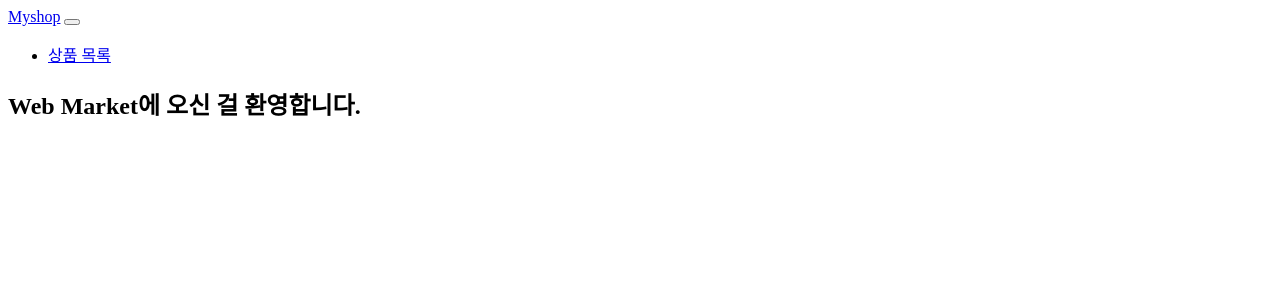
Repository: Yunkieun/jspworks
Page: http://localhost/Market/
The author's editor kept a copy of each file at every save. The page is drawn from the files as they stood at one save, then again after the next save.
The browser window is 1280 px wide. The pictures show the whole page.
The page is served by Tomcat 9. Nobody is signed in. The application's start-up code is not run. Other server files are loaded and not shown.

Above is the page before, as saved 2023-07-19 08:43:44.

### Market/src/main/webapp/index.jsp
<%@ page language="java" contentType="text/html; charset=UTF-8"
    pageEncoding="UTF-8"%>
<!DOCTYPE html>
<html>
<head>
<meta charset="UTF-8">
<title>Welcome~</title>
</head>
<body>
	<jsp:include page="header.jsp"></jsp:include>
	<h2>Web Market에 오신 걸 환영합니다.</h2>
</body>
</html>

### Market/src/main/webapp/header.jsp
<%@ page language="java" contentType="text/html; charset=UTF-8"
    pageEncoding="UTF-8"%>
<nav class="navbar navbar-expand-lg navbar-light bg-light">
  <div class="container-fluid">
    <a class="navbar-brand" href="index.jsp">Myshop</a>
    <button class="navbar-toggler" type="button" data-bs-toggle="collapse" data-bs-target="#navbarSupportedContent" aria-controls="navbarSupportedContent" aria-expanded="false" aria-label="Toggle navigation">
      <span class="navbar-toggler-icon"></span>
    </button>
    <div class="collapse navbar-collapse" id="navbarSupportedContent">
      <ul class="navbar-nav me-auto mb-2 mb-lg-0">
        <li class="nav-item">
          <a class="nav-link" href="/productList.do">상품 목록</a>
        </li>
      </ul>
    </div>
  </div>
</nav>

After the next save:
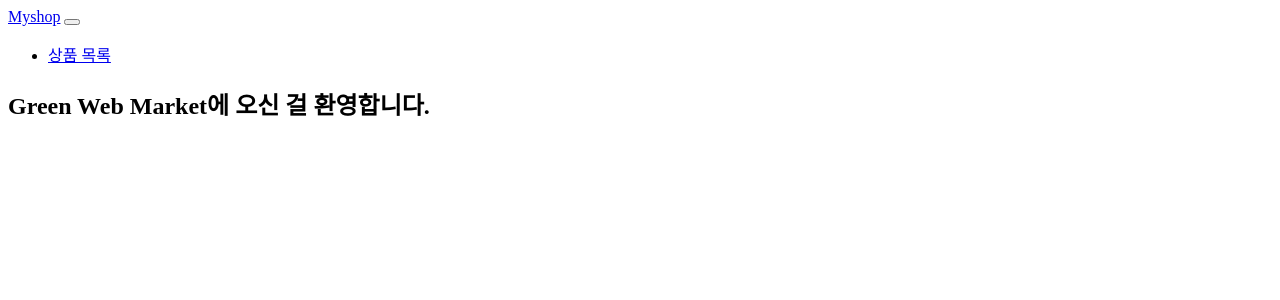
Saved 21 s later.
--- a/Market/src/main/webapp/index.jsp
+++ b/Market/src/main/webapp/index.jsp
@@ -7,7 +7,7 @@
 <title>Welcome~</title>
 </head>
 <body>
-	<jsp:include page="header.jsp"></jsp:include>
-	<h2>Web Market에 오신 걸 환영합니다.</h2>
+	<jsp:include page="header.jsp" />
+	<h2>Green Web Market에 오신 걸 환영합니다.</h2>
 </body>
 </html>
